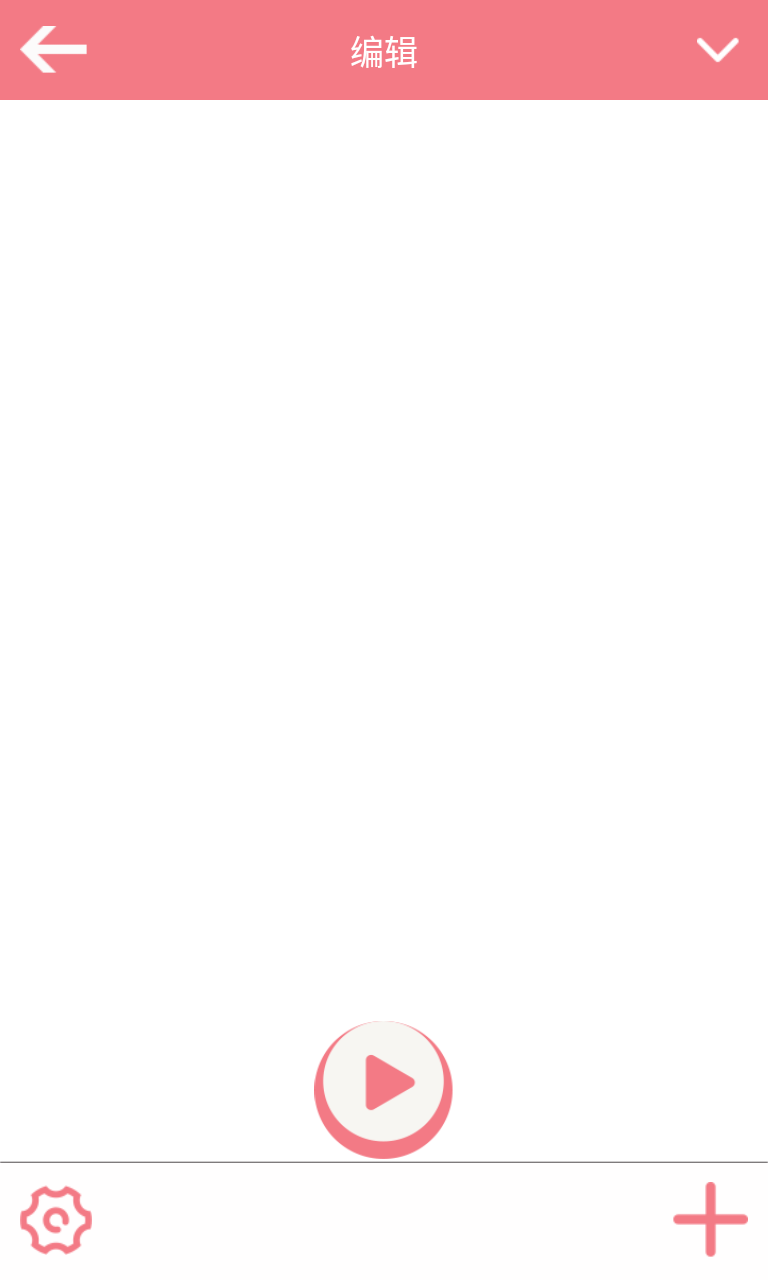
Repository: xuelang201201/Android
Layout: Android网络/美一页/res/layout/activity_edit.xml
The author's editor kept a copy of each file at every save. The layout is drawn from the files as they stood at one save, then again after the next save.
It is drawn on a 768 x 1280 px phone screen (xhdpi) without system bars, with theme android:Theme.Holo.Light.NoActionBar; the app's code is not run.

Above is the layout before, as saved 2016-03-28 12:42:35.

### Android网络/美一页/res/layout/activity_edit.xml
<RelativeLayout xmlns:android="http://schemas.android.com/apk/res/android"
    xmlns:tools="http://schemas.android.com/tools"
    android:layout_width="match_parent"
    android:layout_height="match_parent"
    tools:context=".EditActivity" >

    <RelativeLayout
        android:id="@+id/relativeLayout1"
        android:layout_width="match_parent"
        android:layout_height="50dp"
        android:layout_alignParentLeft="true"
        android:layout_alignParentRight="true"
        android:layout_alignParentTop="true"
        android:background="@drawable/top" >

        <TextView
            android:id="@+id/textView1"
            android:layout_width="wrap_content"
            android:layout_height="wrap_content"
            android:layout_centerHorizontal="true"
            android:layout_centerVertical="true"
            android:text="编辑"
            android:textColor="#ffffff"
            android:textSize="17sp" />

        <ImageView
            android:id="@+id/imageView2"
            android:layout_width="wrap_content"
            android:layout_height="wrap_content"
            android:layout_alignParentRight="true"
            android:layout_centerVertical="true"
            android:layout_marginRight="10dp"
            android:contentDescription="@null"
            android:src="@drawable/icon2" />

        <ImageView
            android:id="@+id/imageView1"
            android:layout_width="wrap_content"
            android:layout_height="wrap_content"
            android:layout_alignParentLeft="true"
            android:layout_centerVertical="true"
            android:layout_marginLeft="10dp"
            android:contentDescription="@null"
            android:src="@drawable/icon1" />
    </RelativeLayout>

    <RelativeLayout
        android:id="@+id/relativeLayout2"
        android:layout_width="match_parent"
        android:layout_height="60dp"
        android:layout_alignParentBottom="true"
        android:layout_alignParentLeft="true"
        android:background="@drawable/foot" >

        <ImageView
            android:id="@+id/imageView3"
            android:layout_width="wrap_content"
            android:layout_height="wrap_content"
            android:layout_alignParentLeft="true"
            android:layout_centerVertical="true"
            android:layout_marginLeft="10dp"
            android:src="@drawable/icon7" />

        <ImageView
            android:id="@+id/imageView4"
            android:layout_width="wrap_content"
            android:layout_height="wrap_content"
            android:layout_alignParentRight="true"
            android:layout_centerVertical="true"
            android:layout_marginRight="10dp"
            android:onClick="doClick"
            android:src="@drawable/icon6" />
    </RelativeLayout>

    <ImageView
        android:id="@+id/imageView5"
        android:layout_width="70dp"
        android:layout_height="70dp"
        android:layout_above="@+id/relativeLayout2"
        android:layout_centerHorizontal="true"
        android:src="@drawable/icon5" />

</RelativeLayout>

After the next save:
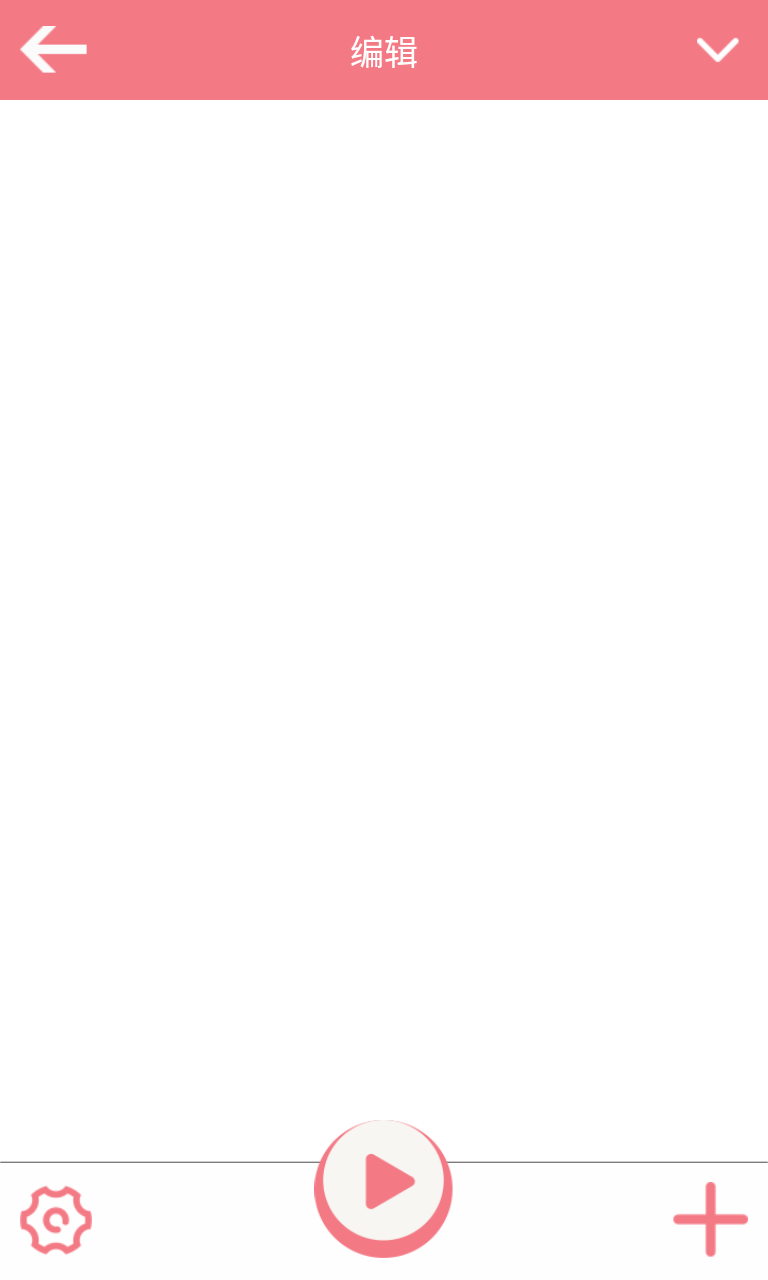
Saved 25 s later.
--- a/Android网络/美一页/res/layout/activity_edit.xml
+++ b/Android网络/美一页/res/layout/activity_edit.xml
@@ -78,6 +78,7 @@
         android:layout_height="70dp"
         android:layout_above="@+id/relativeLayout2"
         android:layout_centerHorizontal="true"
+        android:layout_marginBottom="-50dp"
         android:src="@drawable/icon5" />
 
 </RelativeLayout>
